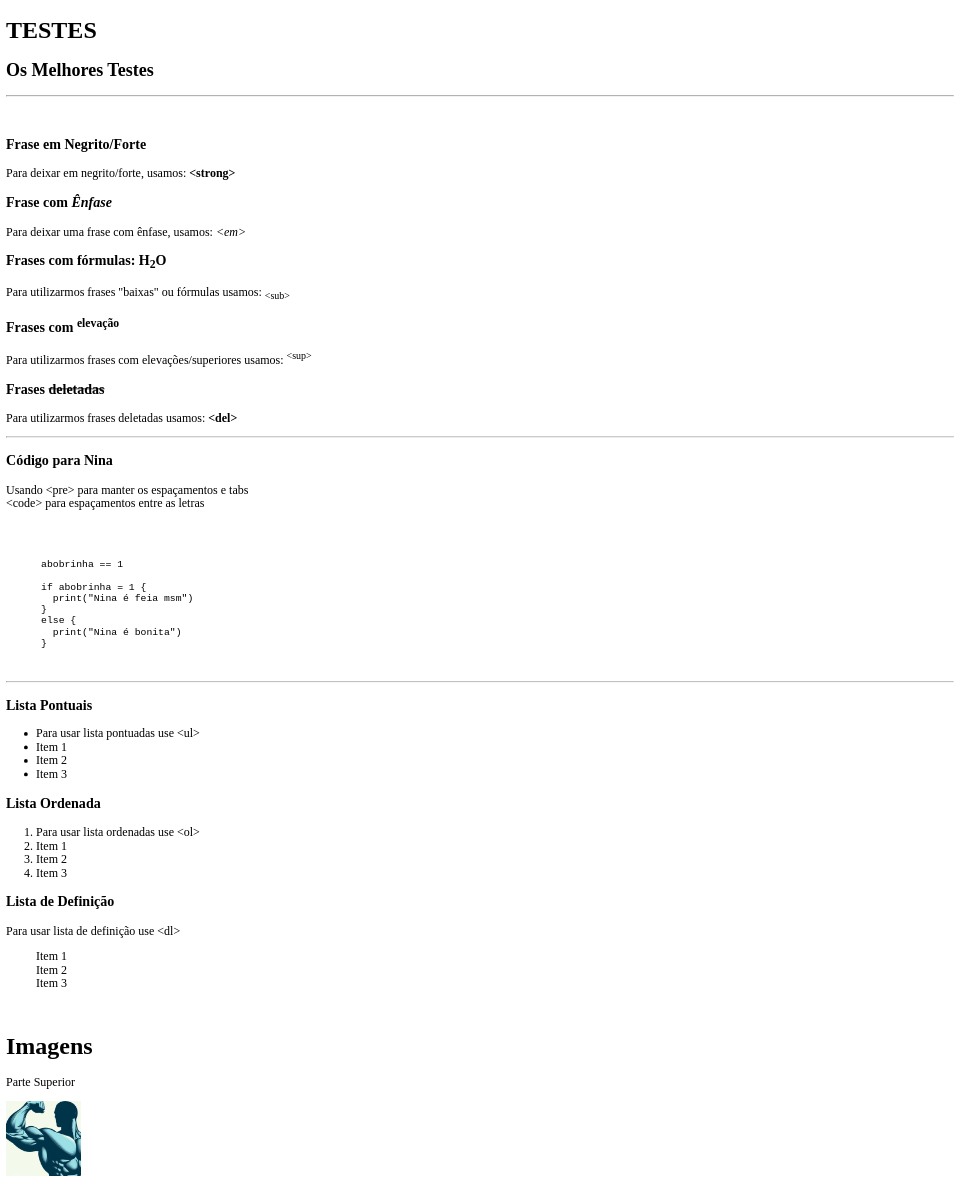
Repository: LuidyOn/Site_Forca_Total
Page: ForçaTotal/teste.html
These files come from the project's save history. The page is drawn as it stood at one moment and after the next save; the edit follows.
The browser window is 1280 px wide. The pictures show the whole page, at 75% of full size.

Above is the page before, as saved 2025-05-15 14:08:50.

### ForçaTotal/teste.html
<!DOCTYPE html>
<html lang="pt-br">
<head>
  <meta charset="UTF-8">
  <meta name="viewport" content="width=device-width, initial-scale=1.0">
  <link rel="shortcut icon" href="img/icons/logo.ico" type="image/x-icon">
  <title>Testes Força total</title>
</head>
<body>
  <h1>TESTES</h1>
  <h2>Os Melhores Testes</h2>

  <hr>

  <p><br></p>

  <h3>Frase em <strong>Negrito/Forte</strong></h3>
  <p>Para deixar em negrito/forte, usamos: <strong>&lt;strong&gt;</strong></p>

  <h3>Frase com <em>Ênfase</em></h3>
  <p>Para deixar uma frase com ênfase, usamos: <em>&lt;em&gt;</em></p>

  <h3>Frases com fórmulas: H<sub>2</sub>O</h3>
  <p>Para utilizarmos frases "baixas" ou fórmulas usamos: <sub>&lt;sub&gt;</sub></p>

  <h3>Frases com <sup>elevação</sup></h3>
  <p>Para utilizarmos frases com elevações/superiores usamos: <sup>&lt;sup&gt;</sup></p>

  <h3>Frases <del>deletadas</del></h3>
  <p>Para utilizarmos frases deletadas usamos: <strong>&lt;del&gt;</strong></p>

  <hr>

  <h3>Código para Nina</h3>
  <p>Usando &lt;pre&gt; para manter os espaçamentos e tabs <br> &lt;code&gt; para espaçamentos entre as letras</p>

  <p><br></p>

  <pre>
    <code>
      abobrinha == 1

      if abobrinha = 1 {
        print("Nina é feia msm")
      }
      else {
        print("Nina é bonita")
      }
    </code>
  </pre>

  <hr>

  <h3>Lista Pontuais</h3>
  <ul>
    <li>Para usar lista pontuadas use &lt;ul&gt;</li>
    <li>Item 1</li>
    <li>Item 2</li>
    <li>Item 3</li>
  </ul>

  <h3>Lista Ordenada</h3>
  <ol>
    <li>Para usar lista ordenadas use &lt;ol&gt;</li>
    <li>Item 1</li>
    <li>Item 2</li>
    <li>Item 3</li>
  </ol>

  <h3>Lista de Definição</h3>
  <dl>
    <dt>Para usar lista de definição use &lt;dl&gt;</dt>
    <dt>

    </dl>
    <dd>Item 1</dd>
    <dd>Item 2</dd>
    <dd>Item 3</dd>

  <p><br></p>

  <h1>Imagens</h1>
  <p>Parte Superior</p>
  <img src="img/parteSerior.png" alt="parte superior" style="width: 100px; height: 100px;">
</body>
</html>

After the next save:
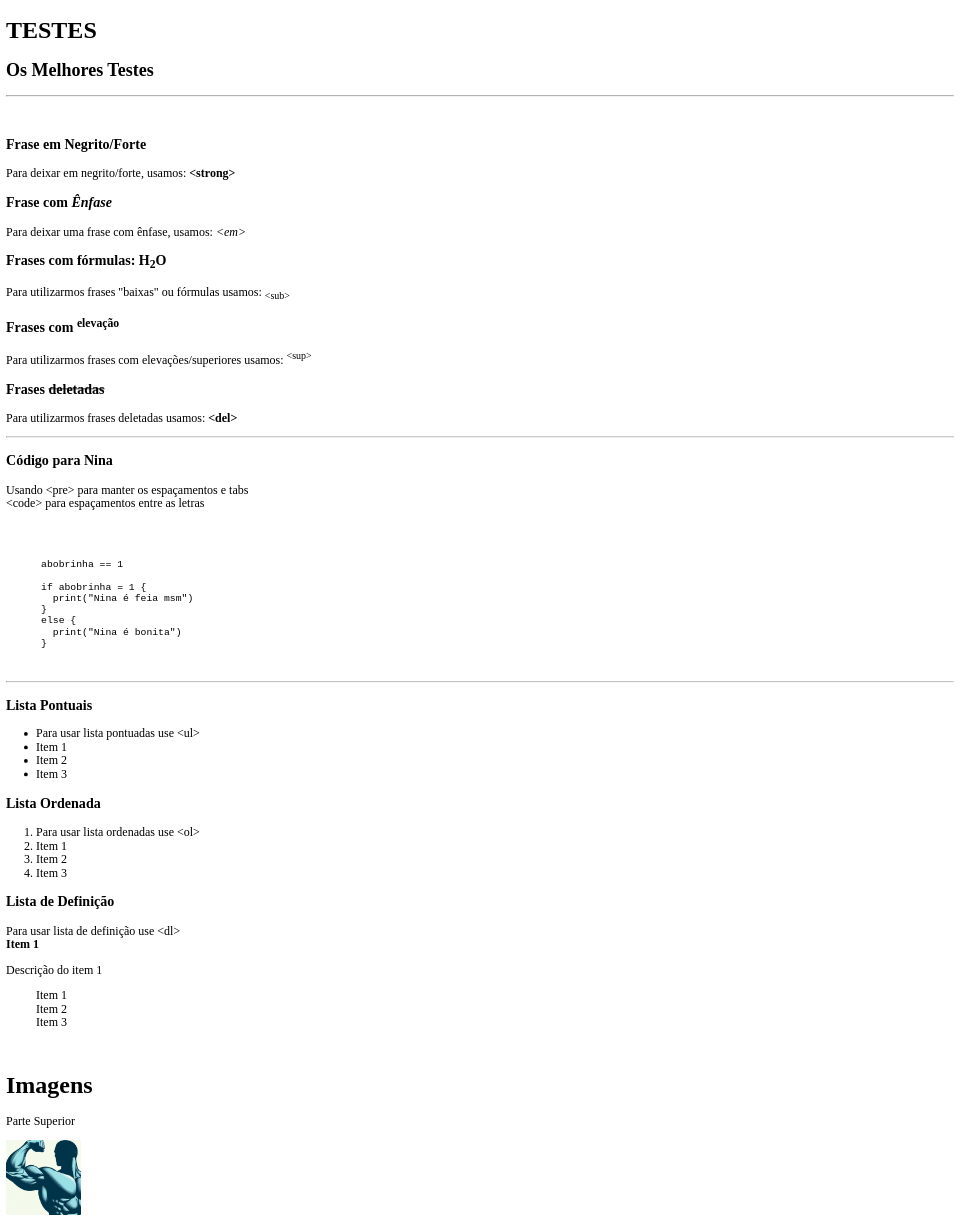
Saved 5 s later.
--- a/ForçaTotal/teste.html
+++ b/ForçaTotal/teste.html
@@ -71,7 +71,8 @@
   <dl>
     <dt>Para usar lista de definição use &lt;dl&gt;</dt>
     <dt>
-
+      <strong>Item 1</strong>
+      <p>Descrição do item 1</p>
     </dl>
     <dd>Item 1</dd>
     <dd>Item 2</dd>
